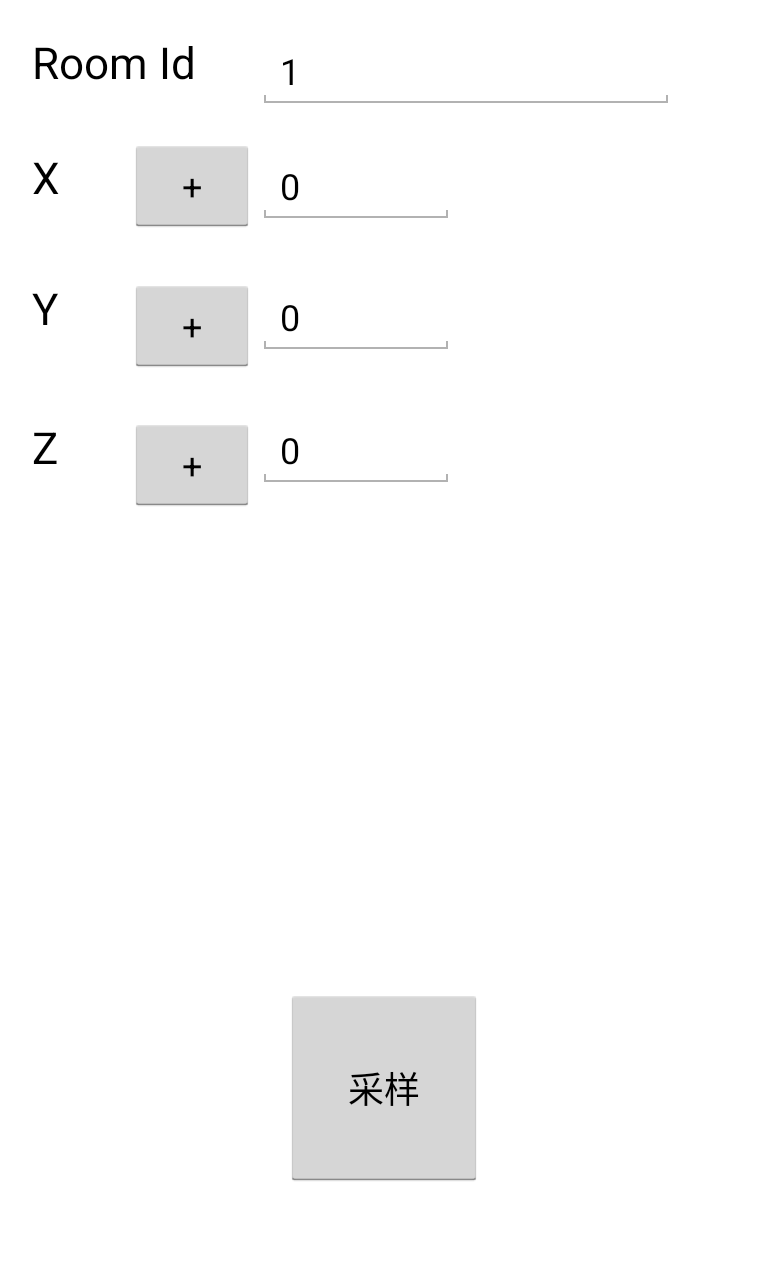
Repository: RenchuSong/tMap_Android
Layout: tmap_model_tool/res/layout/wifi_conllector.xml
These files come from the project's save history. The layout is drawn as it stood at one moment and after the next save; the edit follows.
It is drawn on a 768 x 1280 px phone screen (xhdpi) without system bars, with theme AppTheme; the app's code is not run.

Above is the layout before, as saved 2014-04-20 11:46:42.

### tmap_model_tool/res/layout/wifi_conllector.xml
<RelativeLayout xmlns:android="http://schemas.android.com/apk/res/android"
    xmlns:tools="http://schemas.android.com/tools"
    android:layout_width="match_parent"
    android:layout_height="match_parent"
    android:paddingBottom="@dimen/activity_vertical_margin"
    android:paddingLeft="@dimen/activity_horizontal_margin"
    android:paddingRight="@dimen/activity_horizontal_margin"
    android:paddingTop="@dimen/activity_vertical_margin"
    tools:context=".WifiCollector" >

    <TextView
        android:id="@+id/textView1"
        android:layout_width="wrap_content"
        android:layout_height="wrap_content"
        android:layout_alignParentLeft="true"
        android:layout_alignParentTop="true"
        android:text="Room Id"
        android:textAppearance="?android:attr/textAppearanceLarge" />

    <TextView
        android:id="@+id/textView2"
        android:layout_width="wrap_content"
        android:layout_height="wrap_content"
        android:layout_alignLeft="@+id/textView1"
        android:layout_below="@+id/textView1"
        android:layout_marginTop="28dp"
        android:text="X"
        android:textAppearance="?android:attr/textAppearanceLarge" />

    <TextView
        android:id="@+id/textView3"
        android:layout_width="wrap_content"
        android:layout_height="wrap_content"
        android:layout_alignLeft="@+id/textView2"
        android:layout_below="@+id/textView2"
        android:layout_marginTop="36dp"
        android:text="Y"
        android:textAppearance="?android:attr/textAppearanceLarge" />

    <TextView
        android:id="@+id/textView4"
        android:layout_width="wrap_content"
        android:layout_height="wrap_content"
        android:layout_alignLeft="@+id/textView3"
        android:layout_below="@+id/textView3"
        android:layout_marginTop="40dp"
        android:text="Z"
        android:textAppearance="?android:attr/textAppearanceLarge" />

    <EditText
        android:id="@+id/roomId"
        android:layout_width="wrap_content"
        android:layout_height="wrap_content"
        android:layout_marginLeft="30dp"
        android:layout_toRightOf="@+id/textView1"
        android:ems="10"
        android:text="1" >

    </EditText>

    <EditText
        android:id="@+id/x"
        android:layout_width="100dp"
        android:layout_height="wrap_content"
        android:layout_alignLeft="@+id/roomId"
        android:layout_alignTop="@+id/textView2"
        android:ems="10"
        android:text="0"  />

    <EditText
        android:id="@+id/y"
        android:layout_width="100dp"
        android:layout_height="wrap_content"
        android:layout_alignLeft="@+id/x"
        android:layout_alignTop="@+id/textView3"
        android:ems="10"
        android:text="0" >

    </EditText>

    <EditText
        android:id="@+id/z"
        android:layout_width="100dp"
        android:layout_height="wrap_content"
        android:layout_alignBaseline="@+id/textView4"
        android:layout_alignBottom="@+id/textView4"
        android:layout_alignLeft="@+id/y"
        android:ems="10"
        android:text="0" />

    <Button
        android:id="@+id/scan"
        android:layout_width="100dp"
        android:layout_height="100dp"
        android:layout_alignParentBottom="true"
        android:layout_centerHorizontal="true"
        android:layout_marginBottom="30dp"
        android:text="采样" />

    <Button
        android:id="@+id/up_x"
        android:layout_width="wrap_content"
        android:layout_height="wrap_content"
        android:layout_alignBaseline="@+id/x"
        android:layout_alignBottom="@+id/x"
        android:layout_toLeftOf="@+id/x"
        android:text="+" />

    <Button
        android:id="@+id/up_y"
        android:layout_width="wrap_content"
        android:layout_height="wrap_content"
        android:layout_alignLeft="@+id/up_x"
        android:layout_alignTop="@+id/y"
        android:text="+" />

    <Button
        android:id="@+id/up_z"
        android:layout_width="wrap_content"
        android:layout_height="wrap_content"
        android:layout_alignLeft="@+id/up_y"
        android:layout_alignTop="@+id/textView4"
        android:text="+" />

</RelativeLayout>

Loaded but not shown: tmap_model_tool/res/values/styles.xml (common file); tmap_model_tool/res/values-v11/styles.xml (common file); tmap_model_tool/res/values-v14/styles.xml (common file); tmap_model_tool/res/values/dimens.xml (common file)

After the next save:
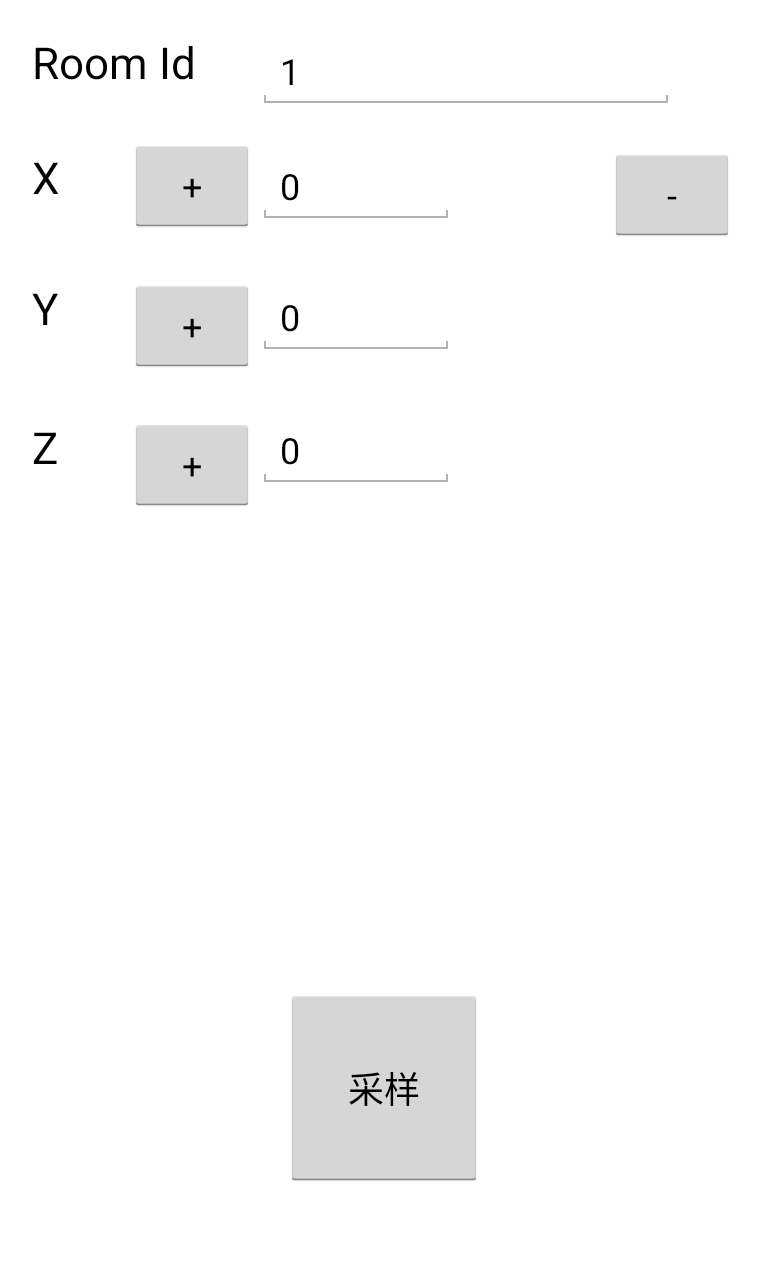
Saved 77 s later.
--- a/tmap_model_tool/res/layout/wifi_conllector.xml
+++ b/tmap_model_tool/res/layout/wifi_conllector.xml
@@ -122,4 +122,12 @@
         android:layout_alignTop="@+id/textView4"
         android:text="+" />
 
+    <Button
+        android:id="@+id/down_x"
+        android:layout_width="wrap_content"
+        android:layout_height="wrap_content"
+        android:layout_alignParentRight="true"
+        android:layout_alignTop="@+id/x"
+        android:text="-" />
+
 </RelativeLayout>
